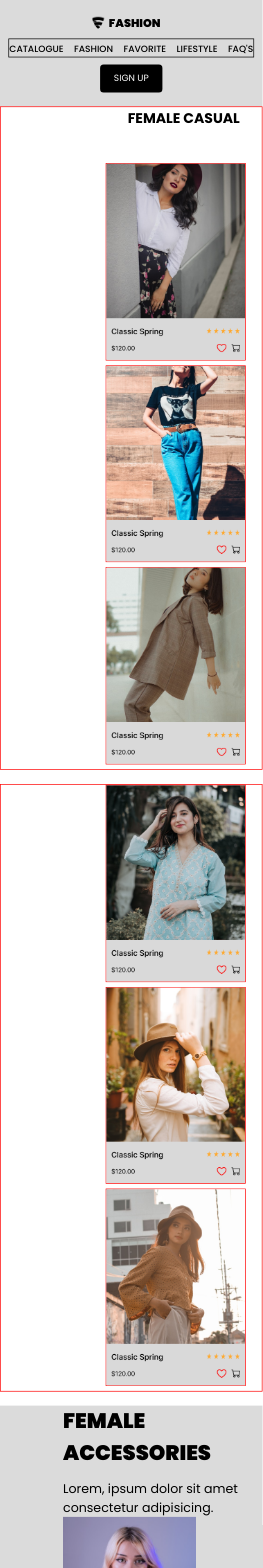
Repository: isaacCodes1/My-Project
Page: lifestyle.html
The author's editor kept a copy of each file at every save. The page is drawn from the files as they stood at one save, then again after a run of saves.
The browser window is 375 px wide. The pictures show the part of the page from y = 0 to 2240 px (the page is 3895 px tall before and 3891 px after), at 70% of full size.

Above is the page before, as saved 2024-03-21 18:32:12.

After the next 2 saves:
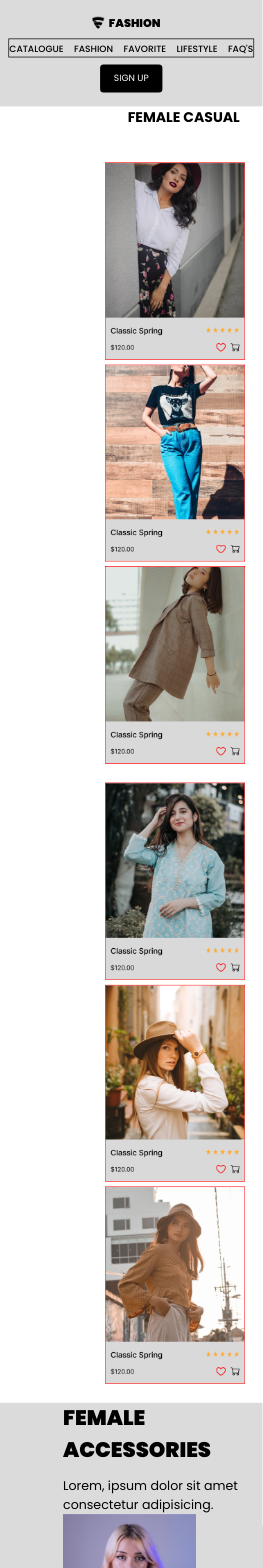
The 2 saves are shown as one change because they came seconds apart.
The last was saved 8 s later.
--- a/Media query.css
+++ b/Media query.css
@@ -153,8 +153,7 @@
     font-size: 15px;
   }
   .faetured {
-    align-items: center;
-    border: 1px solid red;
+    /* align-items: center; */
   }
   .featuredTxt h1 {
     font-size: 20px;
